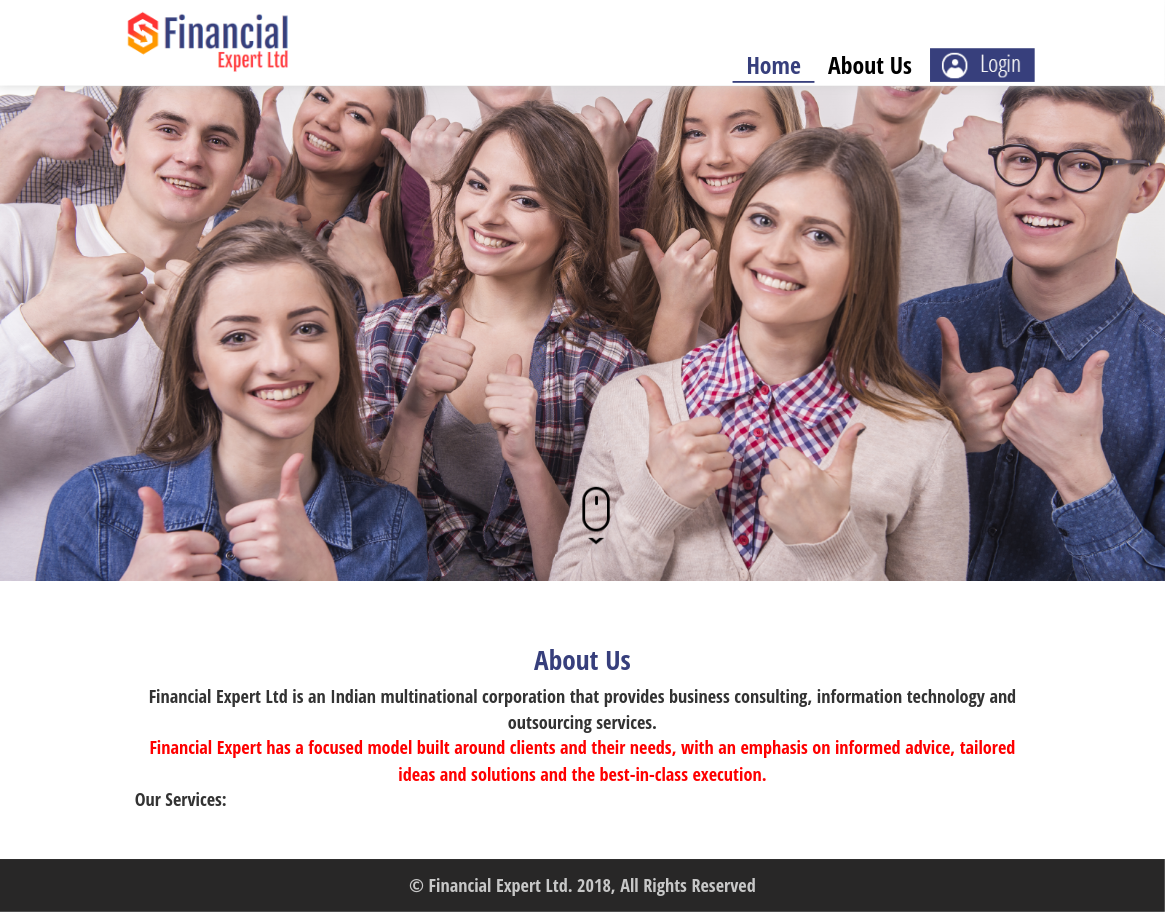
Repository: intkhabahmed/AcceleratedBootcampWebsites
Page: http://localhost/FinancialExpert/UI/index.jsp
These files come from the project's save history. The page is drawn as it stood at one moment and after the next save; the edit follows.
The browser window is 1280 px wide. The pictures show the whole page, at 91% of full size.
Some web fonts or font styles are not loaded; a fallback is used. The page is served by Tomcat 9. Nobody is signed in. The application's start-up code is not run.

Above is the page before, as saved 2018-02-13 08:13:44.

After the next save:
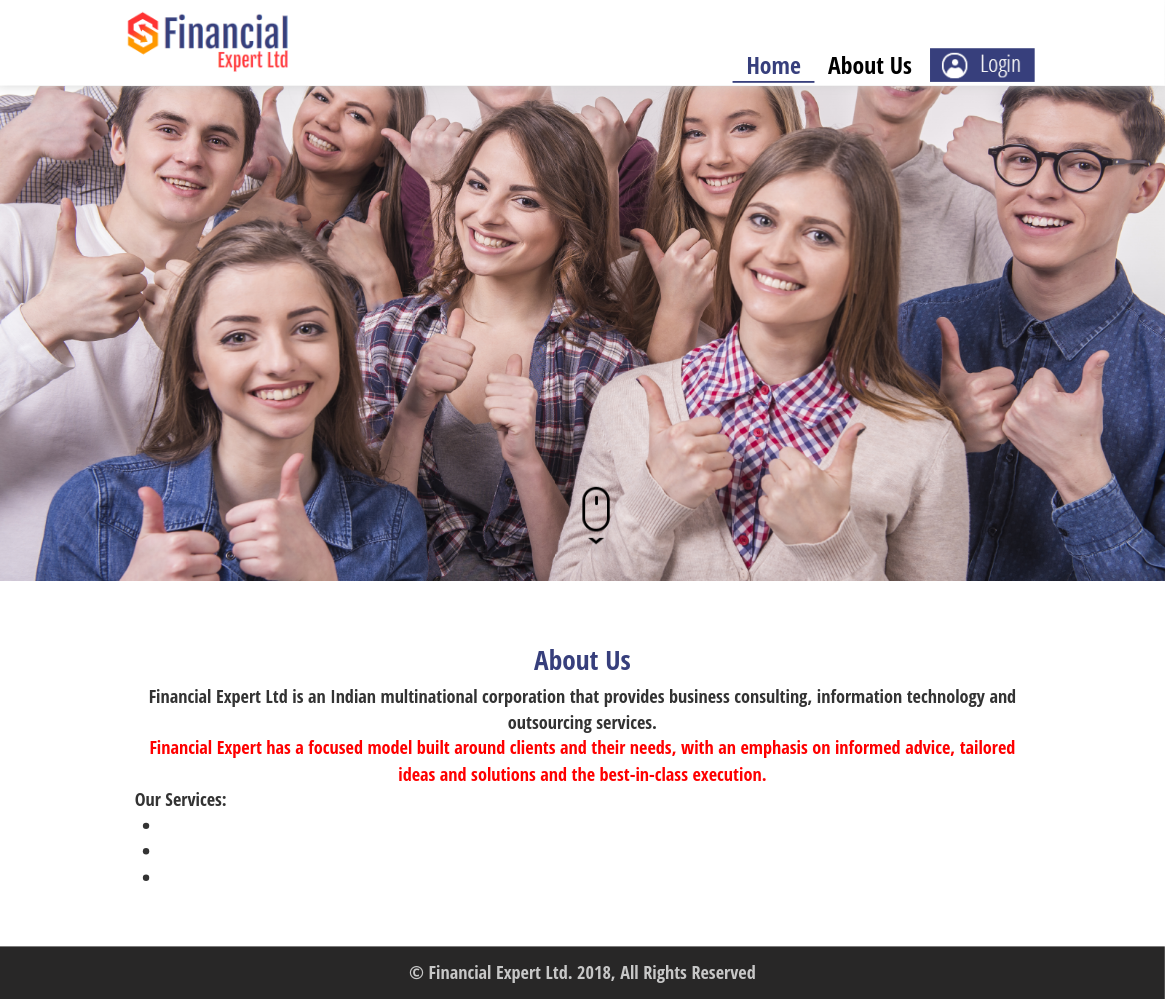
Saved 15 s later.
--- a/FinancialExpert/WebContent/UI/index.jsp
+++ b/FinancialExpert/WebContent/UI/index.jsp
@@ -47,6 +47,11 @@
 					their needs, with an emphasis on informed advice, tailored ideas
 					and solutions and the best-in-class execution.</p>
 				<p>Our Services:</p>
+				<ul>
+					<li></li>
+					<li></li>
+					<li></li>
+				</ul>
 			</div>
 			<!--end aboutus-->
 		</div>
